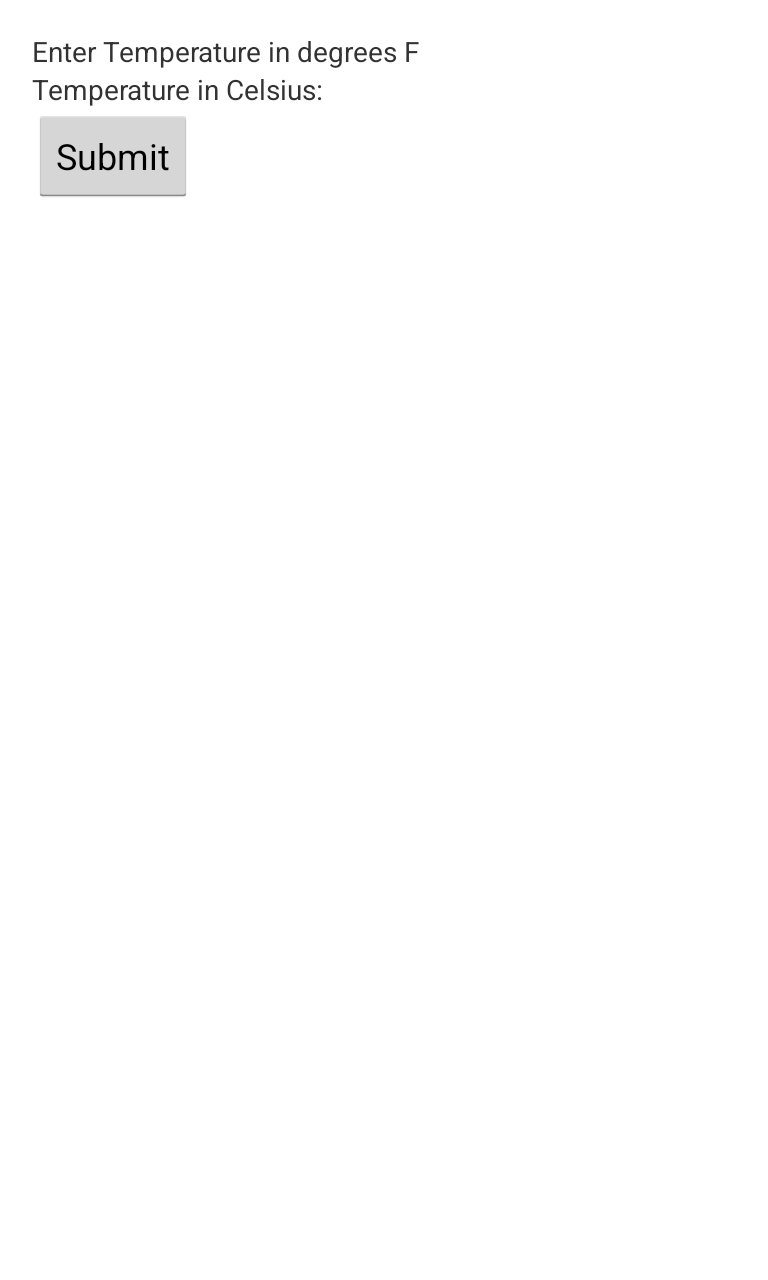
Repository: PatKelsh/IS-413
Layout: TempConverter/res/layout/activity_main.xml
The author's editor kept a copy of each file at every save. The layout is drawn from the files as they stood at one save, then again after the next save.
It is drawn on a 768 x 1280 px phone screen (xhdpi) without system bars, with theme AppTheme; the app's code is not run.

Above is the layout before, as saved 2015-02-18 02:37:17.

After the next save:
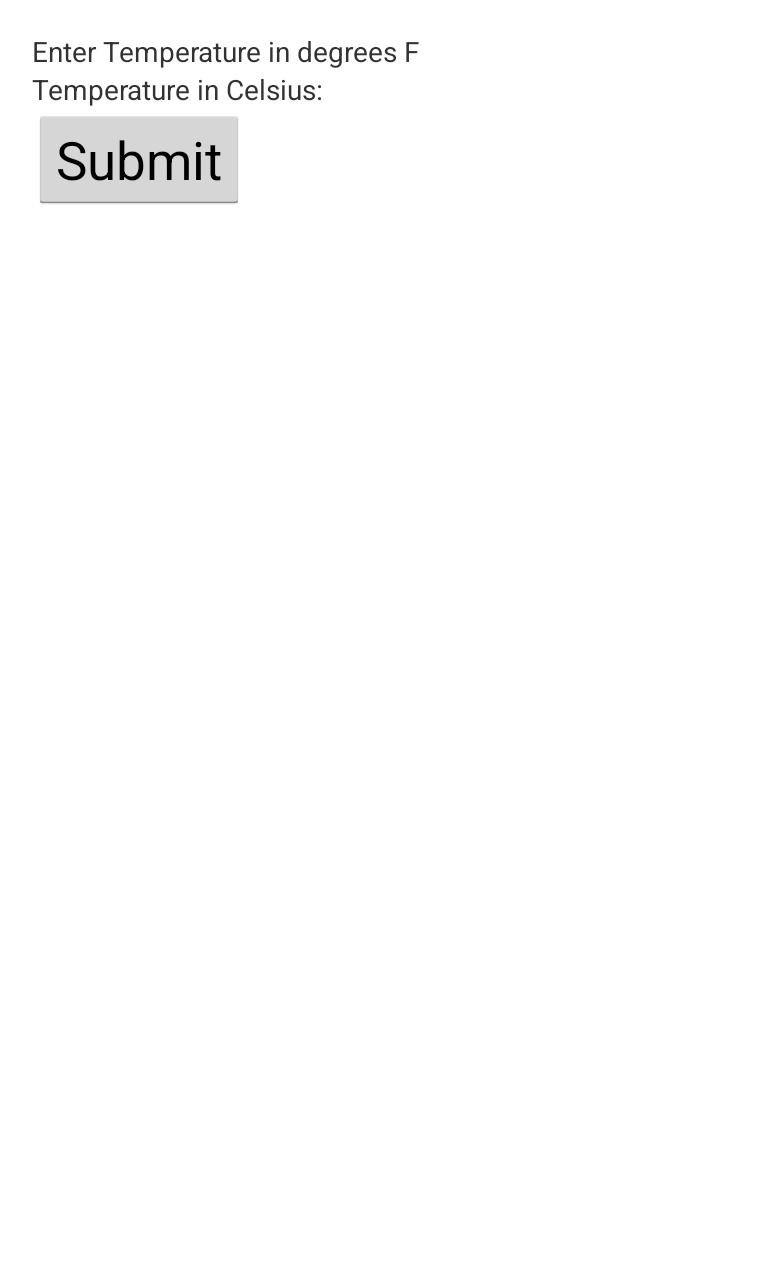
Saved 38 s later.
--- a/TempConverter/res/layout/activity_main.xml
+++ b/TempConverter/res/layout/activity_main.xml
@@ -25,5 +25,6 @@
         android:layout_width="wrap_content"
         android:layout_height="wrap_content"
         android:layout_below="@id/response"
+        android:textSize="12pt"
         android:text="@string/submit" />
 </RelativeLayout>
